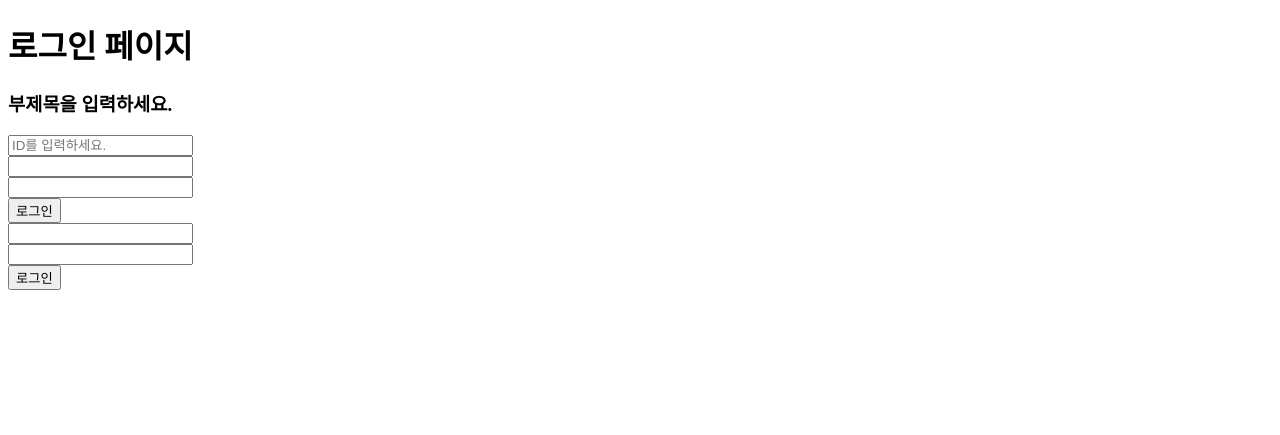
Repository: woneeseo/javastudy
Page: htmlStudy/workspace_html/HelloWorld/WebContent/c.html
An editor plug-in stored every save of this project. The page is shown before and after the next save, followed by the edit.
The browser window is 1280 px wide. The pictures show the whole page.

Above is the page before, as saved 2020-12-04 08:18:37.

After the next save:
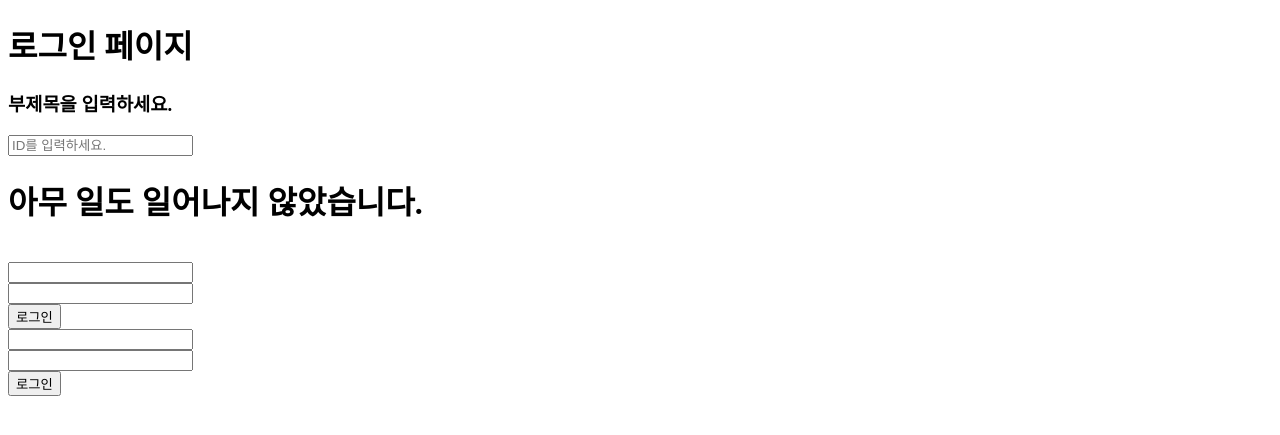
Saved 30 s later.
--- a/htmlStudy/workspace_html/HelloWorld/WebContent/c.html
+++ b/htmlStudy/workspace_html/HelloWorld/WebContent/c.html
@@ -13,6 +13,8 @@
 <!-- 헤더태그는 블럭태그임 : 자동으로 줄바꿈이 일어남 -->
 
 <input placeholder="ID를 입력하세요.">
+<br>
+<h1>아무 일도 일어나지 않았습니다.</h1>
 <!-- placeholder는 입력창에 메세지를 남겨둘 수 있음 -->
 <!-- 입력 커서가 들어가면 메세지가 사라짐 -->
 <!-- 하지만 input태그는 form태그 본문 안에 있지 않으면 아무 쓸모 없음 -->
